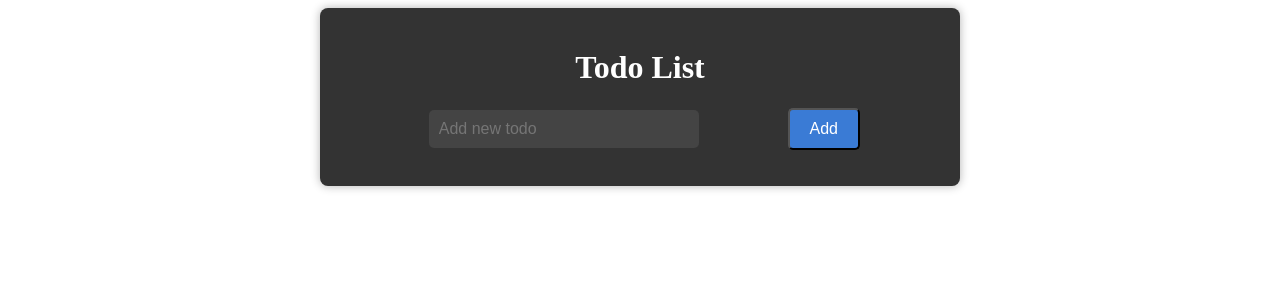
Repository: Tobby004/Todo-assignment
Page: / (app in todo-list-app/)
An editor plug-in stored every save of this project. The page is shown before and after the next save, followed by the edit.
The browser window is 1280 px wide. The pictures show the whole page.
The project was rebuilt for these pictures with package versions that can differ from the ones it lists, and the page was loaded fresh each time. Also part of the build but not shown: todo-list-app/vue.config.js.

Above is the page before, as saved 2023-12-06 16:51:00.

### todo-list-app/src/App.vue
<template>
  <div id="app">
    <h1>Todo List</h1>
    <div class="input-container">
      <input v-model="newTodo" @keyup.enter="addTodo" placeholder="Add new todo" class="input-field">
      <button @click="addTodo" class="add-button">Add</button>
    </div>
    <ul>
      <li v-for="(todo, index) in todos" :key="index" class="todo-item">
        <span>{{ todo }}</span>
        <button @click="editTodo(index)" class="edit-button">Edit</button>
        <button @click="deleteTodo(index)" class="delete-button">Delete</button>
      </li>
    </ul>
  </div>
</template>



<script>
export default {
  data() {
    return {
      todos: [],
      newTodo: '',
      editedTodoIndex: null,
    };
  },
  methods: {
    addTodo() {
      if (this.newTodo.trim() !== '') {
        if (this.editedTodoIndex !== null) {
          this.todos[this.editedTodoIndex] = this.newTodo;
          this.newTodo = '';
          this.editedTodoIndex = null;
        } else {
          this.todos.push(this.newTodo);
          this.newTodo = '';
        }
      }
    },
    editTodo(index) {
      this.newTodo = this.todos[index];
      this.editedTodoIndex = index;
    },
    deleteTodo(index) {
      this.todos.splice(index, 1);
    },
  },
};
</script>

<style scoped>
body {
  margin: 0;
  font-family: Arial, sans-serif;
  background-color: #222;
  color: #eee;
}
h1 {
  color: #fff;
}

#app {
  max-width: 600px;
  margin: 0 auto;
  padding: 20px;
  background-color: #333;
  border-radius: 8px;
  box-shadow: 0 0 10px rgba(0, 0, 0, 0.3);
}

h1 {
  text-align: center;
}

.input-container {
  display: flex;
  align-items: center;
  margin-bottom: 10px;
}

.input-field {
  width: 250px;
  padding: 10px;
  border: none;
  border-radius: 5px;
  font-size: 16px;
  background-color: #444;
  color: #eee;
  margin-left: auto;
  margin-right: auto;
}

.add-button {
  padding: 10px 20px;
  margin-right: 80px;
  border-radius: 5px;
  cursor: pointer;
  font-size: 16px;
  background-color: #3a7bd5;
  color: #fff;
  transition: background-color 0.3s ease;
}

.add-button:hover {
  background-color: #2e5aa3;
}
.todo-item {
  display: flex;
  align-items: center;
  justify-content: space-between;
  padding: 10px;
  margin-bottom: 8px;
  background-color: #555;
  border-radius: 5px;
  color: white;
  transition: background-color 0.3s ease;
}

.todo-item:hover {
  background-color: #666;
}

.edit-button,
.delete-button {
  padding: 5px 10px;
  border: none;
  border-radius: 3px;
  cursor: pointer;
  transition: background-color 0.3s ease;
}

.edit-button:hover {
  background-color: #3a7bd5;
}

.delete-button:hover {
  background-color: #d9534f;
}
</style>

Loaded but not shown: todo-list-app/public/index.html (common file); todo-list-app/src/main.js (common file)

After the next save:
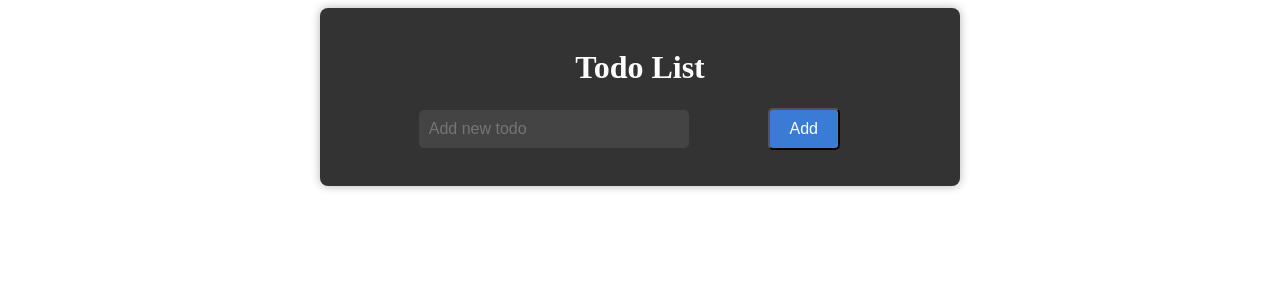
Saved 7 s later.
--- a/todo-list-app/src/App.vue
+++ b/todo-list-app/src/App.vue
@@ -94,7 +94,7 @@ h1 {
 
 .add-button {
   padding: 10px 20px;
-  margin-right: 80px;
+  margin-right: 100px;
   border-radius: 5px;
   cursor: pointer;
   font-size: 16px;
